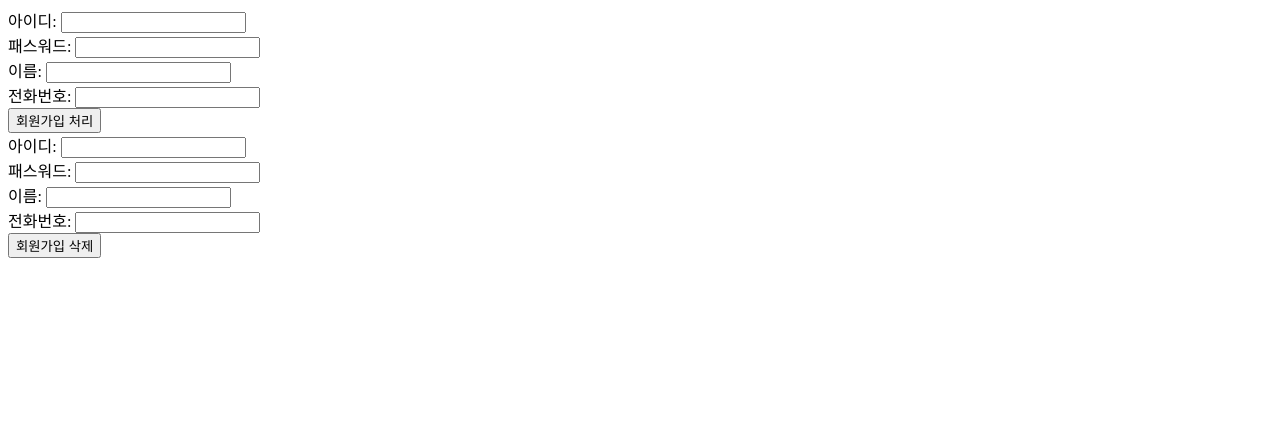
Repository: Hugh-KR/JSP_Project
Page: JSP_Project/src/main/webapp/member.html
The author's editor kept a copy of each file at every save. The page is drawn from the files as they stood at one save, then again after the next save.
The browser window is 1280 px wide. The pictures show the whole page.

Above is the page before, as saved 2022-11-07 08:17:43.

After the next save:
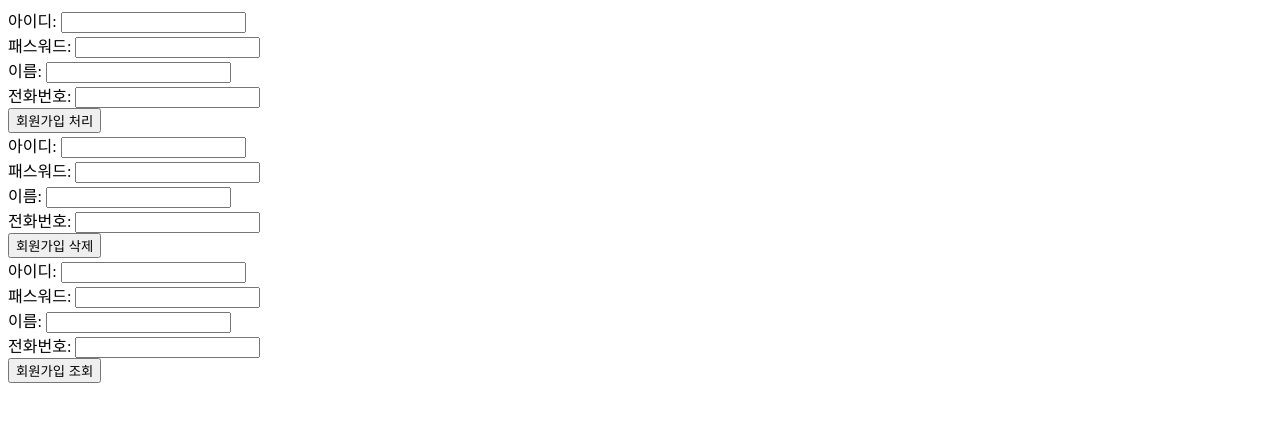
Saved 2 min 0 s later.
--- a/JSP_Project/src/main/webapp/member.html
+++ b/JSP_Project/src/main/webapp/member.html
@@ -22,5 +22,14 @@
 
 <button type="submit">회원가입 삭제</button>
 </form>
+
+<form action="select.jsp">
+아이디: <input name='id'> <br>
+패스워드: <input name='pw'> <br>
+이름: <input name='name'> <br>
+전화번호: <input name='tel'> <br>
+
+<button type="submit">회원가입 조회</button>
+</form>
 </body>
 </html>
